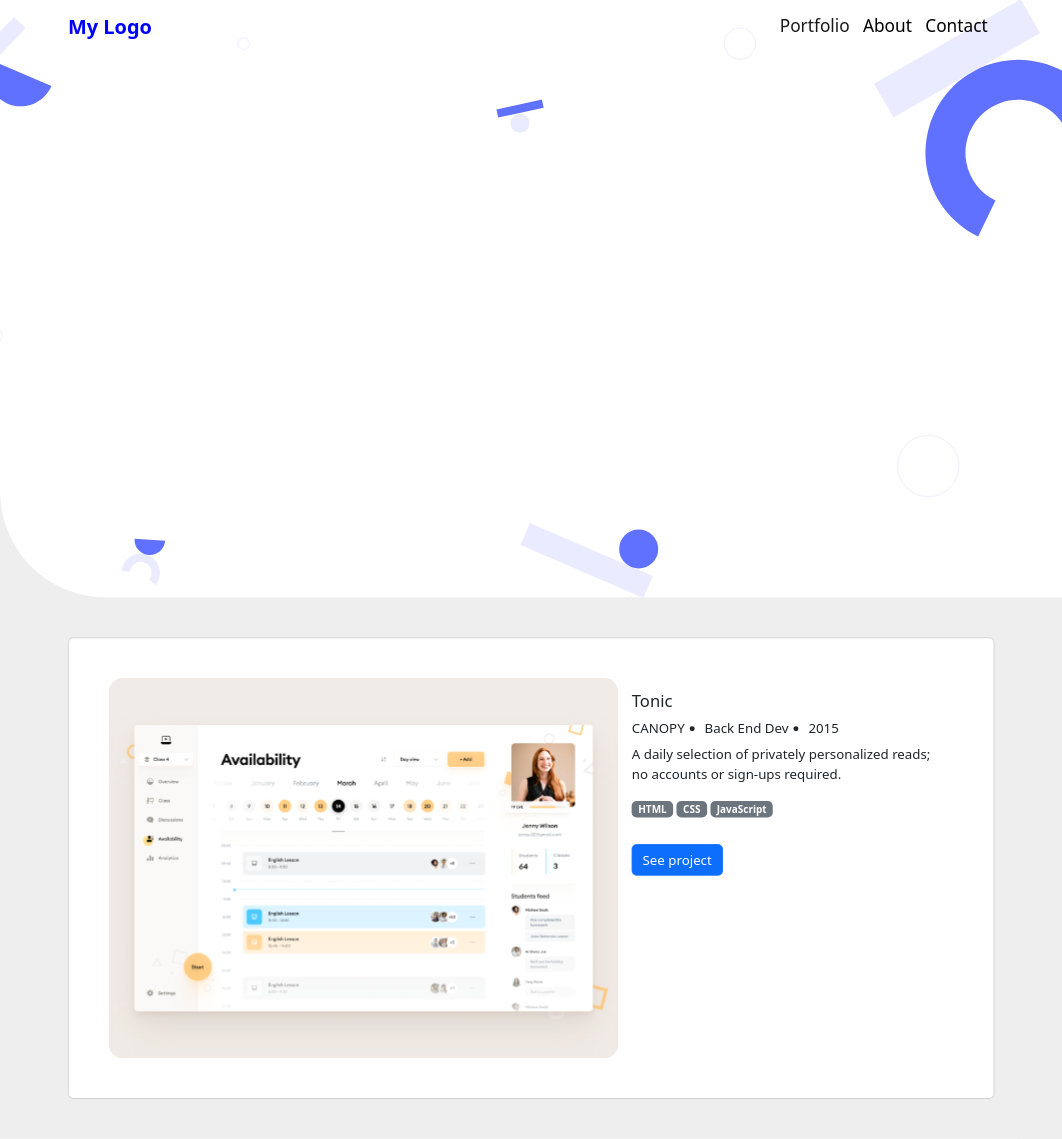
Repository: waelelsafty07/Bootstrap-Portfolio
Page: index.html
The author's editor kept a copy of each file at every save. The page is drawn from the files as they stood at one save, then again after the next save.
The browser window is 1280 px wide. The pictures show the whole page, at 83% of full size.

Above is the page before, as saved 2023-04-04 17:02:49.

### index.html
<!DOCTYPE html>
<html lang="en">
<head>
    <meta charset="UTF-8">
    <meta http-equiv="X-UA-Compatible" content="IE=edge">
    <meta name="viewport" content="width=device-width, initial-scale=1.0">
    <title>Portfolio</title>
    <link rel="stylesheet" href="css/bootstrap.min.css"/>
    <link rel="stylesheet" href="styles.css"/>
</head>
<body>
    <header>
        <nav class="navbar navbar-expand-lg navbar-light">
            <div class="container">
              <a class="navbar-brand" href="#">My Logo</a>
              <button class="navbar-toggler" type="button" data-bs-toggle="collapse" data-bs-target="#navbarNav" aria-controls="navbarNav" aria-expanded="false" aria-label="Toggle navigation">
                <span class="navbar-toggler-icon"></span>
              </button>
              <div class="collapse navbar-collapse flex-row-reverse" id="navbarNav">
                <ul class="navbar-nav">
                  <li class="nav-item">
                    <a class="nav-link active" aria-current="page" href="#">Portfolio</a>
                  </li>
                  <li class="nav-item">
                    <a class="nav-link" href="#">About</a>
                  </li>
                  <li class="nav-item">
                    <a class="nav-link" href="#">Contact</a>
                  </li>
                </ul>
              </div>
            </div>
          </nav>
    </header>
    <main>
      <section id="works" class="works m-5">
        <div class="container">
          <div class="card flex-row p-5">
            <img src="images/Snapshoot Portfolio (1).svg" class="card-img-top w-" alt="...">
            <div class="card-body">
              <h5 class="card-title mb-2">Tonic</h5>
              <ul class="d-flex p-0 my-2">
                <li class="list-unstyled">CANOPY</li>
                <li class="ms-4">Back End Dev</li>
                <li class="ms-4">2015</li>
              </ul>
              <p class="card-text my-2">A daily selection of privately personalized reads; no accounts or sign-ups required.</p>
              <ul class="list-unstyled my-3">
                <li class="badge bg-secondary">HTML</li>
                <li class="badge bg-secondary">CSS</li>
                <li class="badge bg-secondary">JavaScript</li>
              </ul>
              <a href="#" class="btn btn-primary mt-3">See project</a>
            </div>
          </div>
        </div>
      </section>
    </main>

    <script src="js/bootstrap.bundle.min.js"></script>
</body>
</html>

### styles.css
body {
  background-color: #eee;
}
header {
  background-color: #fff;
  background-image: url("images/Header\ bg.svg");
  background-repeat: no-repeat;
  background-position: center;
  height: 100vh;
  border-bottom-left-radius: 8rem;
}
nav .navbar-brand {
  font-weight: bold;
  font-size: 1.5rem;
  color: blue;
}
nav .nav-link {
  font-weight: 500;
  font-size: 1.3rem;
  color: #000;
}

Loaded but not shown: css/bootstrap.min.css (library); js/bootstrap.bundle.min.js (library)

After the next save:
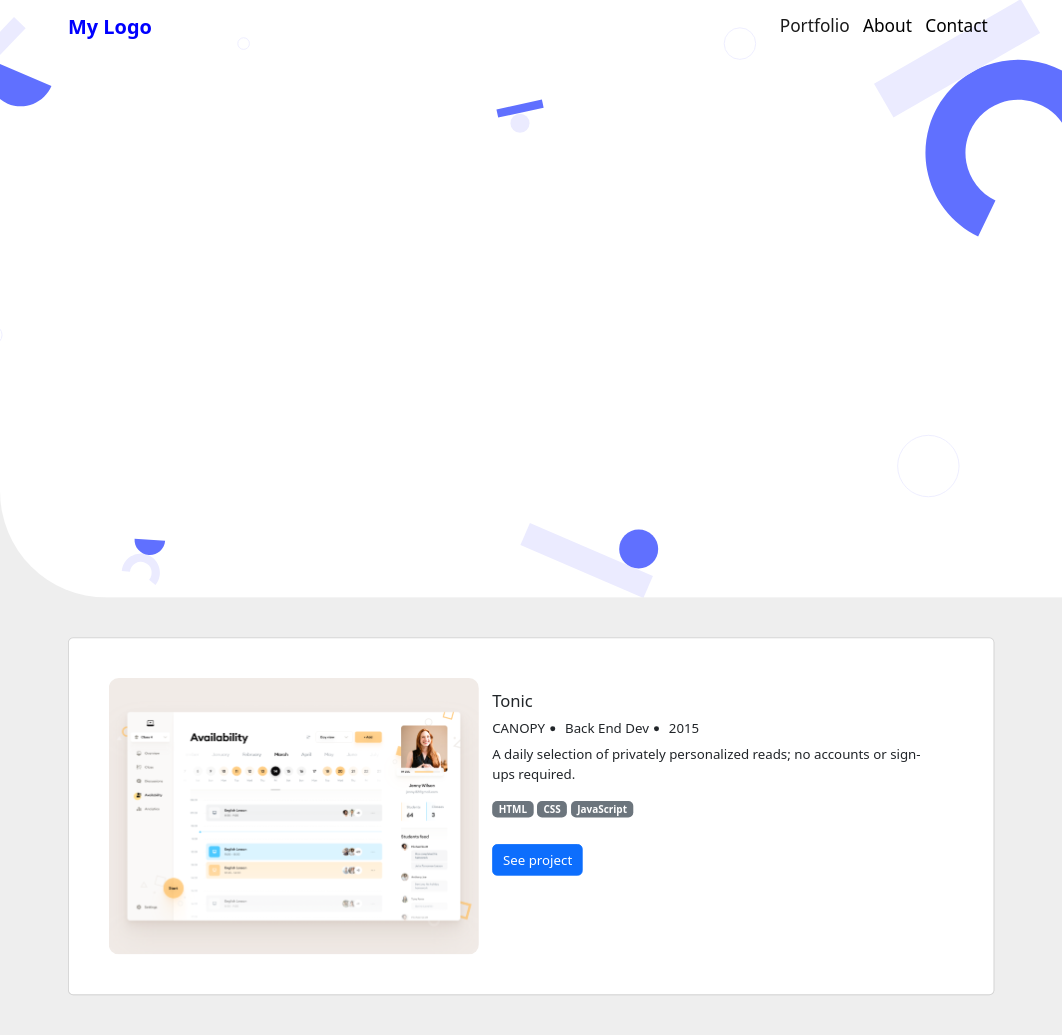
Saved 4 s later.
--- a/index.html
+++ b/index.html
@@ -36,7 +36,7 @@
       <section id="works" class="works m-5">
         <div class="container">
           <div class="card flex-row p-5">
-            <img src="images/Snapshoot Portfolio (1).svg" class="card-img-top w-" alt="...">
+            <img src="images/Snapshoot Portfolio (1).svg" class="card-img-top w-50" alt="...">
             <div class="card-body">
               <h5 class="card-title mb-2">Tonic</h5>
               <ul class="d-flex p-0 my-2">
